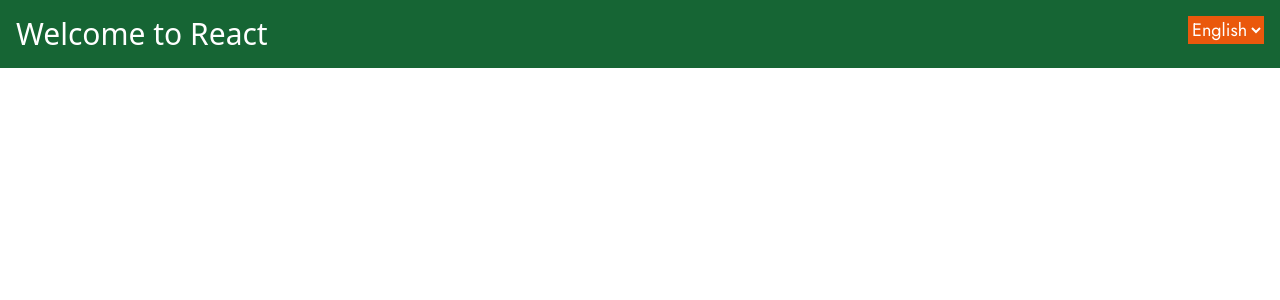
Repository: SaadYasin/react-internationalization
Page: /
An editor plug-in stored every save of this project. The page is shown before and after the next save, followed by the edit.
The browser window is 1280 px wide. The pictures show the whole page.
The project was rebuilt for these pictures with package versions that can differ from the ones it lists, and the page was loaded fresh each time. Also part of the build but not shown: vite.config.js.

Above is the page before, as saved 2024-07-19 14:25:21.

### index.html
<!doctype html>
<html lang="en">
  <head>
    <meta charset="UTF-8" />
    <link rel="icon" type="image/svg+xml" href="/vite.svg" />
    <meta name="viewport" content="width=device-width, initial-scale=1.0" />
    <title>Vite + React</title>

    <!-- FONTS -->
    <link rel="preconnect" href="https://fonts.googleapis.com">
    <link rel="preconnect" href="https://fonts.gstatic.com" crossorigin>
    <link
      href="https://fonts.googleapis.com/css2?family=Jost:ital,wght@0,100..900;1,100..900&family=Poppins:ital,wght@0,100;0,200;0,300;0,400;0,500;0,600;0,700;0,800;0,900;1,100;1,200;1,300;1,400;1,500;1,600;1,700;1,800;1,900&display=swap"
      rel="stylesheet">

  </head>
  <body>
    <div id="root"></div>
    <script type="module" src="/src/main.jsx"></script>
  </body>
</html>

### src/App.jsx
/* eslint-disable no-unused-vars */
import React, { useEffect,useState } from "react";
import i18next from '../src/utils/i18next';
import { i18n } from '../src/utils/i18next';
import { useTranslation } from 'react-i18next'
import Cookies from "js-cookie";
function App() {
  const [locale, setLocale] = useState(i18n.language);

  i18n.on("languageChanged", (lng) => {
    setLocale(i18n.language);
  })

  const handleChange = (e) => {
    i18n.changeLanguage(e.target.value);
  }
  const { t } = useTranslation();

  const lng = Cookies.get("i18next") || "en";

  useEffect(() => {
    window.document.dir = i18next.dir();
  }, [lng]);

  return (
    <>
      <div className="flex justify-between p-4 bg-green-800">
        <h2 className="text-3xl text-start text-white ">
          {t("Welcome to React")}
        </h2>

        <div>
          <select
            value={locale}
            onChange={handleChange}
            className="bg-orange-600 text-[18px] text-white font-secondary xl:ml-12 cursor-pointer"
          >
            <option
              value="en"
              className="text-[18px] text-primary font-secondary hover:text-primary-hover"
            >
              English
            </option>

            <option
              value="ar"
              className="text-[18px] text-primary font-secondary hover:text-primary-hover"
            >
              Arabic
            </option>
          </select>
        </div>

        {/* Language selection */}

        {/* <div className="flex justify-center gap-4 mt-10">
          <button
            onClick={() => i18next.changeLanguage("en")}
            className="text-[18px] bg-slate-800 text-white px-4 py-2 rounded-lg">English</button>


          <button
            onClick={() => i18next.changeLanguage("ar")}
            className="text-[18px] bg-slate-800 text-white px-4 py-2 rounded-lg">Arabic</button>

        </div> */}
      </div>
    </>
  );
}

export default App;

### src/index.css
@import url('https://fonts.googleapis.com/css2?family=Jost:ital,wght@0,100..900;1,100..900&family=Poppins:ital,wght@0,100;0,200;0,300;0,400;0,500;0,600;0,700;0,800;0,900;1,100;1,200;1,300;1,400;1,500;1,600;1,700;1,800;1,900&display=swap');

@tailwind base;
@tailwind components;
@tailwind utilities;

### src/utils/i18next.js
import i18n from "i18next";
import { initReactI18next } from "react-i18next";

import languageDetector from "i18next-browser-languagedetector";
import HttpApi from "i18next-http-backend";

i18n
  .use(initReactI18next)
  .use(languageDetector)
  .use(HttpApi)
  .init({
    fallbackLng: "en",
    detection: {
      order: [
        "htmlTag",
        "cookie",
        "localStorage",
        "sessionStorage",
        "navigator",
        "path",
        "subdomain",
      ],
      caches: ["cookie"],
    },
    backend: {
      loadPath: "/locale/{{lng}}/translation.json",
    },
  });

export default i18n;
export { i18n };

### tailwind.config.js
/** @type {import('tailwindcss').Config} */
export default {
  content: ["./index.html", "./src/**/*.{js,ts,jsx,tsx}"],
  theme: {
    fontFamily: {
      primary: ["Poppins", "sans-serif"],
      secondary: ["Jost", "sans-serif"],
    },
    extend: {},
  },
  plugins: [],
};

Loaded but not shown: src/main.jsx (common file)

After the next save:
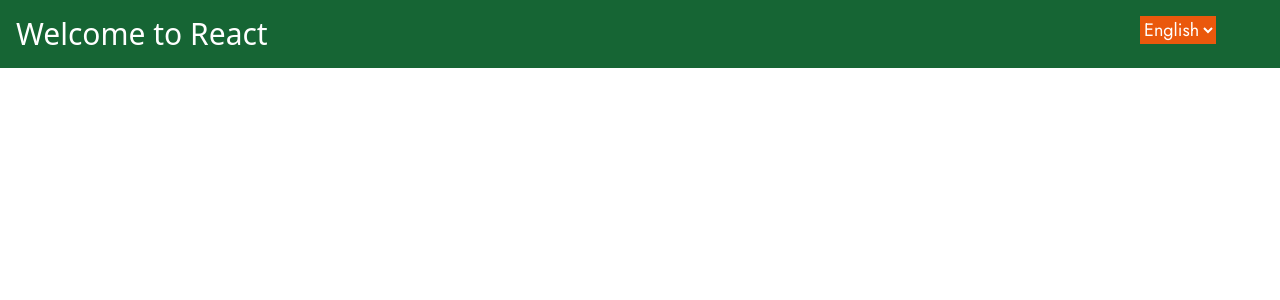
Saved 38 s later.
--- a/src/App.jsx
+++ b/src/App.jsx
@@ -33,7 +33,7 @@
           <select
             value={locale}
             onChange={handleChange}
-            className="bg-orange-600 text-[18px] text-white font-secondary xl:ml-12 cursor-pointer"
+            className="bg-orange-600 text-[18px] text-white font-secondary xl:mx-12 cursor-pointer"
           >
             <option
               value="en"
